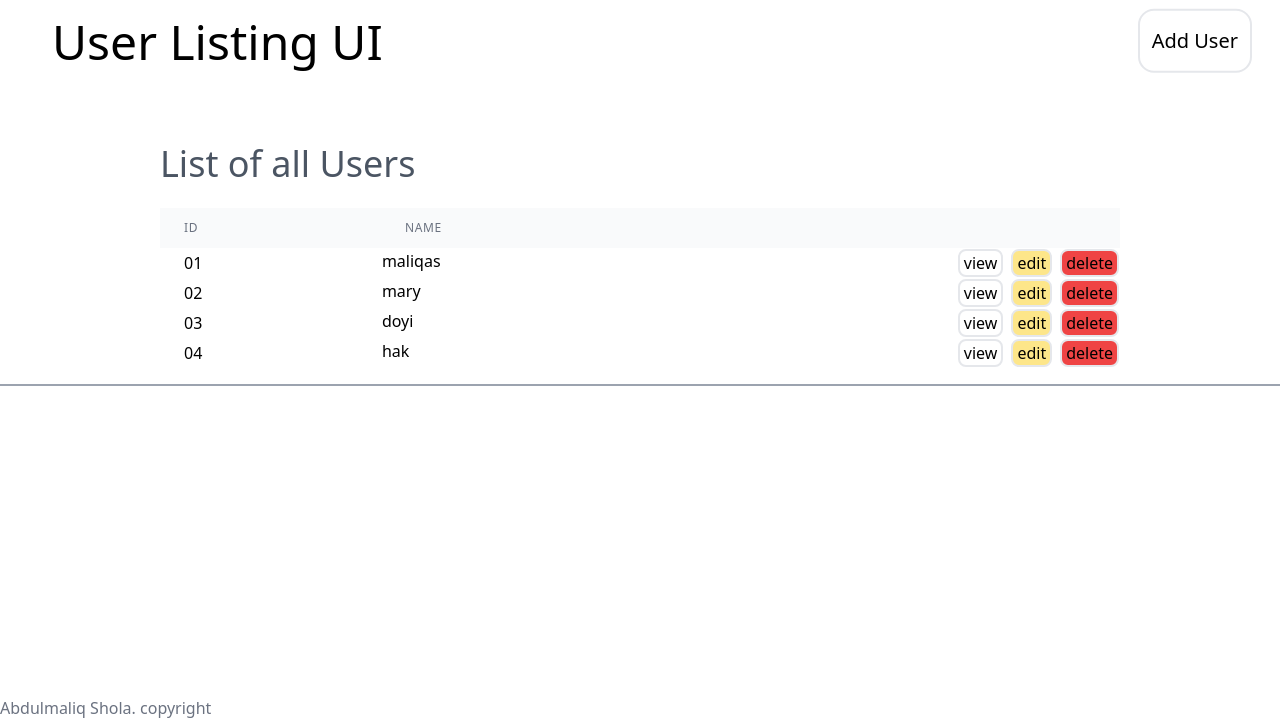
Repository: Marlstergo/listings
Page: / (app in client/)
These files come from the project's save history. The page is drawn as it stood at one moment and after the next save; the edit follows.
The browser window is 1280 px wide. The pictures show the whole page.
The project was rebuilt for these pictures with package versions that can differ from the ones it lists, and the page was loaded fresh each time. Also part of the build but not shown: client/craco.config.js, client/src/components/UserRow.jsx, client/src/components/List.js, client/src/components/addUser.js, client/src/components/EditUser.js.

Above is the page before, as saved 2021-07-21 17:36:50.

After the next save:
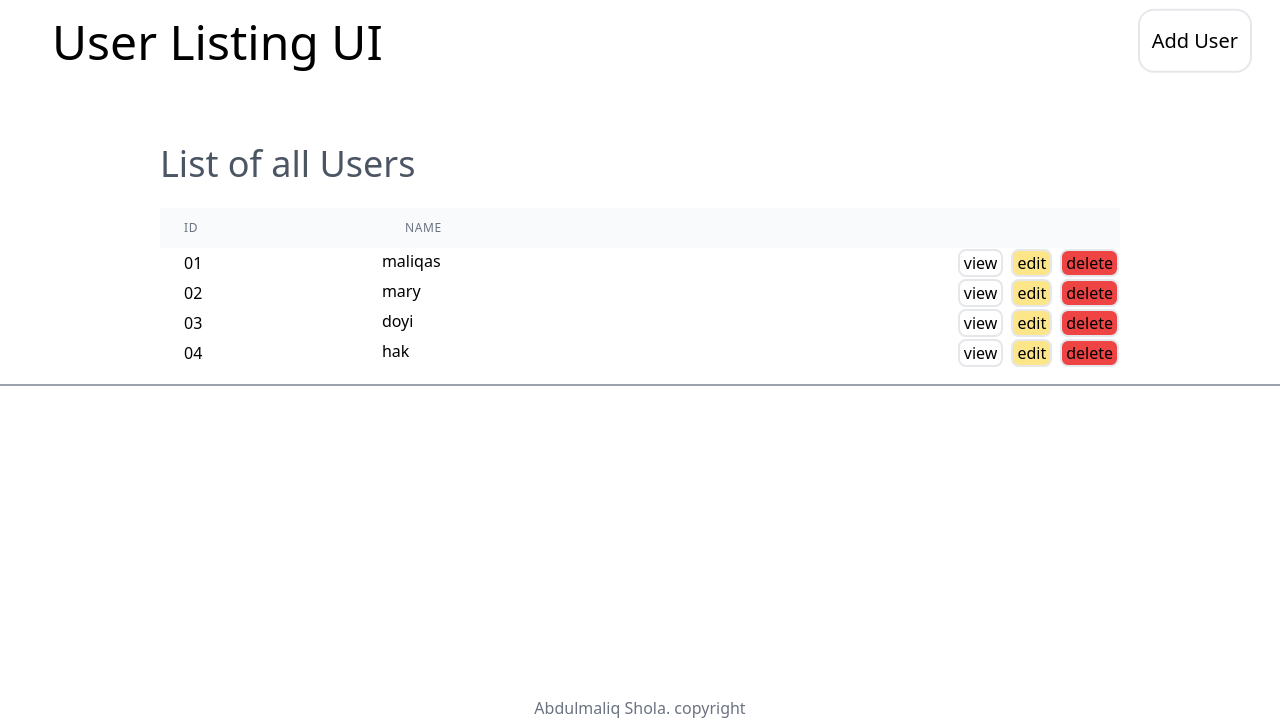
Saved 24 s later.
--- a/client/src/components/footer.js
+++ b/client/src/components/footer.js
@@ -2,7 +2,7 @@ import React from 'react'
 
 const Footer = () => {
   return (
-    <footer className="fixed bottom-0">
+    <footer className="fixed bottom-0 w-full">
       <div className="flex justify-center">
         <p className="text-gray-500">Abdulmaliq Shola. copyright</p>
       </div>
